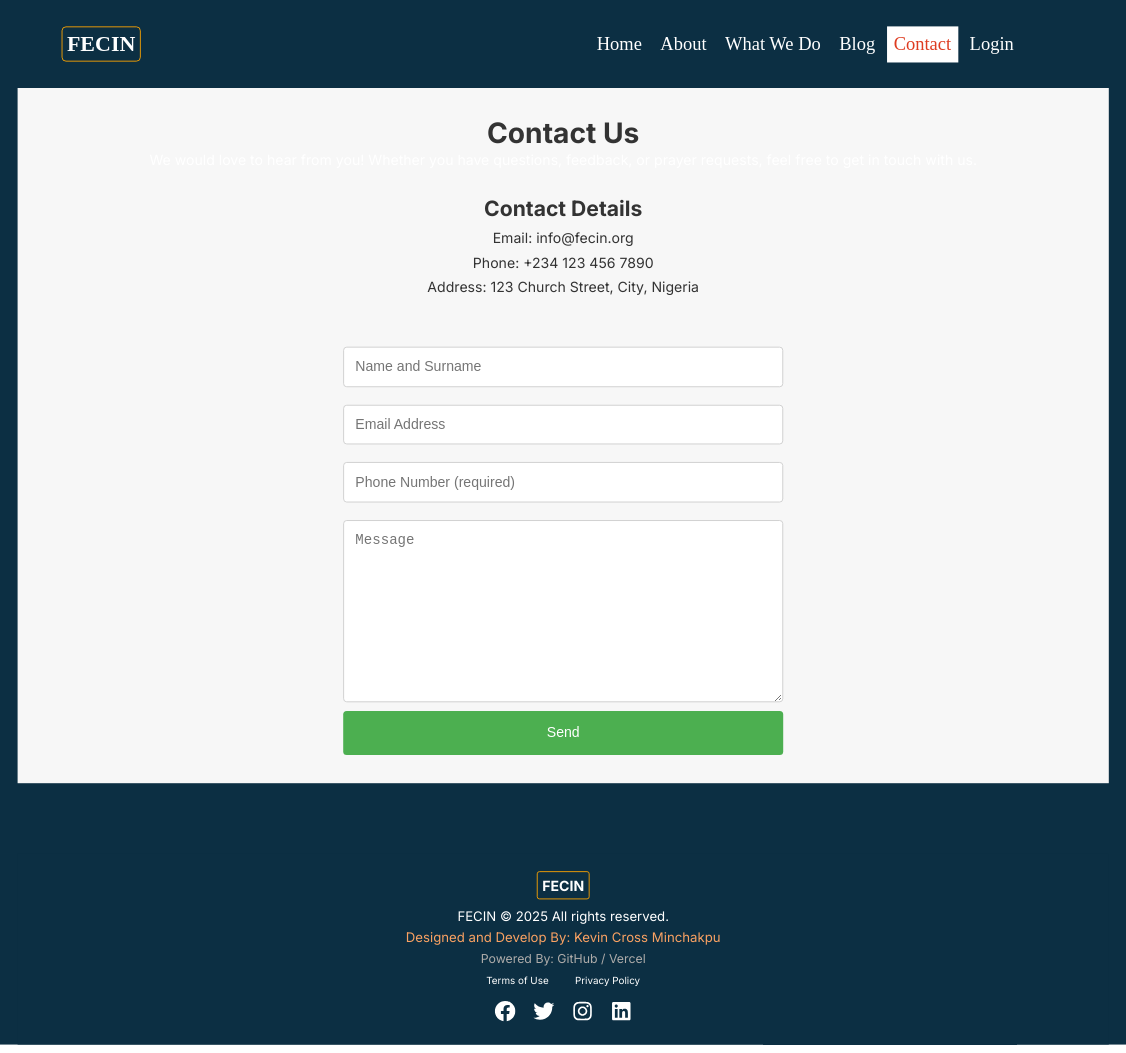
Repository: KCMinchakpu/fecin-projectgs497
Page: /contact
The author's editor kept a copy of each file at every save. The page is drawn from the files as they stood at one save, then again after the next save.
The browser window is 1280 px wide. The pictures show the whole page, at 88% of full size.
The page's requests for data from a server got no answer. The project was rebuilt for these pictures with package versions that can differ from the ones it lists, and the page was loaded fresh each time. The framework's server and built-in components were replaced by stand-ins that run in the browser. No one was signed in, and anything a server would have sent is missing. Also part of the build but not shown: next.config.mjs.

Above is the page before, as saved 2025-04-12 13:09:11.

### src/app/layout.js
"use client";

import { Inter } from "next/font/google";
import "./globals.css";
import Navbar from "@/components/navbar/Navbar";
import Footer from "@/components/footer/Footer";
import { SessionProvider } from "next-auth/react"; // Import SessionProvider

const inter = Inter({ subsets: ["latin"] });

export default function RootLayout({ children }) {
  return (
    <html lang="en">
      <body className={inter.className}>
        <SessionProvider>
          <div className="container">
            <Navbar />
            {children}
            <Footer />
          </div>
        </SessionProvider>
      </body>
    </html>
  );
}

### src/app/contact/page.jsx
"use client";

import React from 'react';
import Image from 'next/image';
import styles from './contact.module.css';

const ContactPage = () => {

  const a = Math.random();
  console.log(a);

  return (
    <div className={styles.container}>
      <h1 className={styles.heading}>Contact Us</h1>
      <p className={styles.description}>
        We would love to hear from you! Whether you have questions, feedback, or prayer requests, feel free to get in touch with us.
      </p>

      {/* Contact Details Section */}
      <div className={styles.contactDetails}>
        <h2>Contact Details</h2>
        <p>Email: <a href="mailto:info@fecin.org">info@fecin.org</a></p>
        <p>Phone: +234 123 456 7890</p>
        <p>Address: 123 Church Street, City, Nigeria</p>
      </div>

      {/* Contact Form Section */}
      <div className={styles.formContainer}>
        <form action="" className={styles.form}>
          <input type="text" placeholder="Name and Surname" className={styles.input} />
          <input type="email" placeholder="Email Address" className={styles.input} />
          <input type="text" placeholder="Phone Number (required)" className={styles.input} />
          <textarea
            name=""
            id=""
            cols="30"
            rows="10"
            placeholder="Message"
            className={styles.textarea}
          ></textarea>
          <button className={styles.button} onClick={() => console.log("clicked")}>Send</button>
        </form>
      </div>
    </div>
  );
};

export default ContactPage;

### src/app/globals.css
:root {
    --bg: #0c2f43;
    --text: white;
    --bgSoft: #091f2c;
    --textSoft: rgb(237, 232, 232);
    --btn: #de3c21;
    --bgWhite: white;
    --textGray: #444444;
}

/* Box sizing rules */
* {
    box-sizing: border-box;
    margin:0;
    padding: 0;
  }

/* Set core body defaults */
body {
    background-color: var(--bgWhite);
    color: var(--text);
  }

a {
    color: inherit;
    text-decoration: none;
}

.container {
  background-color: var(--bg);
  width: 100%; /* Default for small screens */
  margin: auto;
  padding-left: 20px;
  padding-right: 20px;
  min-height: 120vh;
  display: flex;
  flex-direction: column;
  justify-content: space-between;
}

.callnana {
    background-color: var(--bgWhite);
    color: var(--textGray);
    padding: 20px;
    border-radius: 8px;
    box-shadow: 0 4px 8px rgba(0, 0, 0, 0.1);
    margin-bottom: 20px;
    width: 400px;
    height: 200px;
    align-items: center;
    justify-items: center;
}

### src/components/navbar/Navbar.jsx
import React from 'react';
import Link from 'next/link';
import Links from "./links/Links";
import styles from "./navbar.module.css";

const Navbar = () => {
  return (
    <div className={styles.container}>
      <Link href="/" className={styles.logo}>FECIN</Link>
      <div>
        <Links />
      </div>
    </div>
  );
};

export default Navbar;

### src/components/footer/Footer.jsx
import React from 'react';
import styles from './footer.module.css';
import { FaFacebook, FaTwitter, FaInstagram, FaLinkedin } from 'react-icons/fa';

const Footer = () => {
  return (
    <div className={styles.container}>
      <div className={styles.logo}>
        {/* You can add a logo image here if needed */}
        <h2>FECIN</h2>
      </div>
      <div>
        <p className={styles.text}>FECIN © 2025 All rights reserved.</p>
        <p className={styles.author}>
          <a href="https://www.linkedin.com/in/kevin-cross-minchakpu-7897379a" target="_blank">Designed and Develop By: Kevin Cross Minchakpu</a>
          </p>
        <p className={styles.company}>
          <a href="https://octatesystems.github.io/OSNigeria/">Powered By: GitHub / Vercel</a>
          </p>
      </div>
      <div className={styles.links}>
        <a href="/terms" className={styles.link}>Terms of Use</a>
        <a href="/privacy" className={styles.link}>Privacy Policy</a>
      </div>
      <div className={styles.socialIcons}>
        <a href="https://facebook.com" target="_blank" rel="noopener noreferrer" className={styles.icon}>
          <FaFacebook />
        </a>
        <a href="https://twitter.com" target="_blank" rel="noopener noreferrer" className={styles.icon}>
          <FaTwitter />
        </a>
        <a href="https://instagram.com" target="_blank" rel="noopener noreferrer" className={styles.icon}>
          <FaInstagram />
        </a>
        <a href="https://linkedin.com" target="_blank" rel="noopener noreferrer" className={styles.icon}>
          <FaLinkedin />
        </a>
      </div>
    </div>
  );
};

export default Footer;

### src/app/contact/contact.module.css
/* contact.module.css */

.container {
  padding: 2rem;
  margin: 0 auto;
  background-color: #f7f7f7;
   width: 100%;
   margin-bottom: 80px;
}

.heading {
  font-size: 2rem;
  text-align: center;
  color: #333;
}

.description {
  text-align: center;
  margin-bottom: 2rem;
}

.contactDetails {
  margin-bottom: 3rem;
  color: #333;
  align-items: center;  /* Center the content horizontally */
  justify-content: center;  /* Center the content vertically */
  text-align: center;
}

.contactDetails h2 {
  font-size: 1.5rem;
}

.contactDetails p {
  font-size: 1rem;
  margin: 0.5rem 0;
}

.formContainer {
  display: flex;
  justify-content: center;
}

.form {
  width: 100%;
  max-width: 500px;
  display: flex;
  flex-direction: column;
}

.input, .textarea {
  margin: 10px 0;
  padding: 0.8rem;
  font-size: 1rem;
  border: 1px solid #ccc;
  border-radius: 4px;
}

.textarea {
  resize: vertical;
}

.button {
  background-color: #4CAF50;
  color: white;
  padding: 1rem;
  font-size: 1rem;
  border: none;
  border-radius: 4px;
  cursor: pointer;
  transition: background-color 0.3s;
}

.button:hover {
  background-color: #45a049;
}

### src/components/navbar/links/Links.jsx
"use client";

import React, { useState } from "react";
import { useSession } from "next-auth/react";
import Image from 'next/image';
import NavLink from "../navLink/NavLink";
import styles from "./links.module.css";

const links = [
  { title: "Home", path: "/" },
  { title: "About", path: "/about" },
  { title: "What We Do", path: "/whatwedo" },
  { title: "Blog", path: "/blog" },
  { title: "Contact", path: "/contact" },
];

const Links = () => {
  const [open, setOpen] = useState(false);
  const { data: session, status } = useSession();

  const isAdmin = session?.user?.role === "admin";

  return (
    <div className={styles.container}>
      <div className={styles.links}>
        {links.map((link) => (
          <NavLink item={link} key={link.title} />
        ))}

        {!session && status !== "loading" && (
          <NavLink item={{ title: "Login", path: "/login" }} />
        )}

        {session && isAdmin && (
          <NavLink item={{ title: "Admin", path: "/admin" }} />
        )}

        {session && (
          <form method="post" action="/api/auth/signout">
            <button className={styles.logout}>Logout</button>
          </form>
        )}
      </div>

      <Image
        className={styles.menuButton}
        src="/menu.png"
        alt="Hamburger menu"
        width={30}
        height={30}
        onClick={() => setOpen((prev) => !prev)}
      />

      {open && (
        <div className={styles.mobileLinks}>
          {links.map((link) => (
            <NavLink item={link} key={link.title} />
          ))}
        </div>
      )}
    </div>
  );
};

export default Links;

### src/components/navbar/navbar.module.css
.container {
    height: 100px;
    display: flex;
    align-items: center;
    justify-content: space-between;
}

.logo {
    font-size: 25px;
    font-weight: bold;
    font-family: "Play", serif;
    font-weight: 700;
    font-style: normal;
    border: 1.5px solid orange;
    padding: 5px;
    border-radius: 5px;
    margin-left: 50px;
}

### src/components/footer/footer.module.css
/* Footer Container */
.container {
    background-color: var(--bg);
    color: white;
    display: flex;
    flex-direction: column;
    align-items: center;
    justify-content: space-between;
    padding: 20px;
    text-align: center;
  }

  .logo h2 {
    font-size: 1rem;
    margin-bottom: 10px;
    border: 1px solid orange;
    padding: 5px;
    border-radius: 3px;
  }

  .text {
    margin-bottom: 5px;
    font-size: 15px;

  }
  .author {
    margin-bottom: 5px;
    font-size: 15px;
    color: rgb(250, 162, 99);
  }

  .company {
    margin-bottom: 5px;
    font-size: 14px;
    color: rgb(174, 172, 170);
  }

  .author:hover {
    text-decoration: underline;
  }

  .company:hover {
    text-decoration: underline;
  }

  .links {
    margin-bottom: 15px;
  }

  .link {
    color: white;
    margin: 0 15px;
    text-decoration: none;
    font-size: 0.7rem;
  }

  .link:hover {
    text-decoration: underline;
  }

  .socialIcons {
    display: flex;
    justify-content: center;
    gap: 20px;
  }

  .icon {
    font-size: 1.5rem;
    color: white;
    transition: color 0.3s ease;
  }

  .icon:hover {
    color: #0070f3;
  }


  @media (min-width: 768px) {
    .container {
      flex-direction: column;
      align-items: center;
      justify-content: space-around;
    }
  }

### src/components/navbar/navLink/navLink.jsx
"use client";

import React from "react";
import Link from "next/link";
import { usePathname } from "next/navigation";
import styles from "./navLink.module.css";

const NavLink = ({ item }) => {
  const pathName = usePathname();
  return (
    <Link
      href={item.path}
      className={`${styles.container} ${
        pathName === item.path ? styles.active : ""
      }`}
    >
      {item.title}
    </Link>
  );
};

export default NavLink;

### src/components/navbar/links/links.module.css
.links {
    display: flex;
    align-items: center;
    gap: 5px;
    font-family: "Play", serif;
    font-style: normal;
    margin-right: 100px;
    font-size: 21px;
}

.logout {
    padding: 5px;
    cursor: pointer;
    font-weight: bold;
    font-size: 15px;
}

.menuButton,
.mobileLinks {
   display: none;
  }

  @media (max-width: 480px){
    .links {
        display: none;
    }

    .menuButton {
        display: block;
        cursor: pointer;
      }

    .mobileLinks {
        position: absolute;
        top: 100px;
        right: 0;
        width: 50%;
        height: calc(100vh-100px);
        /*background-color: var(--bg);*/
       background-color: brown;
        display: flex;
        flex-direction: column;
        align-items: center;
        justify-content: center;
        gap: 10px;
      }
  }

### src/components/navbar/navLink/navLink.module.css
.container {
    padding: 8px;
    text-align: center;


}

.active {
    background-color: var(--text);
    color: var(--btn);
}

After the next save:
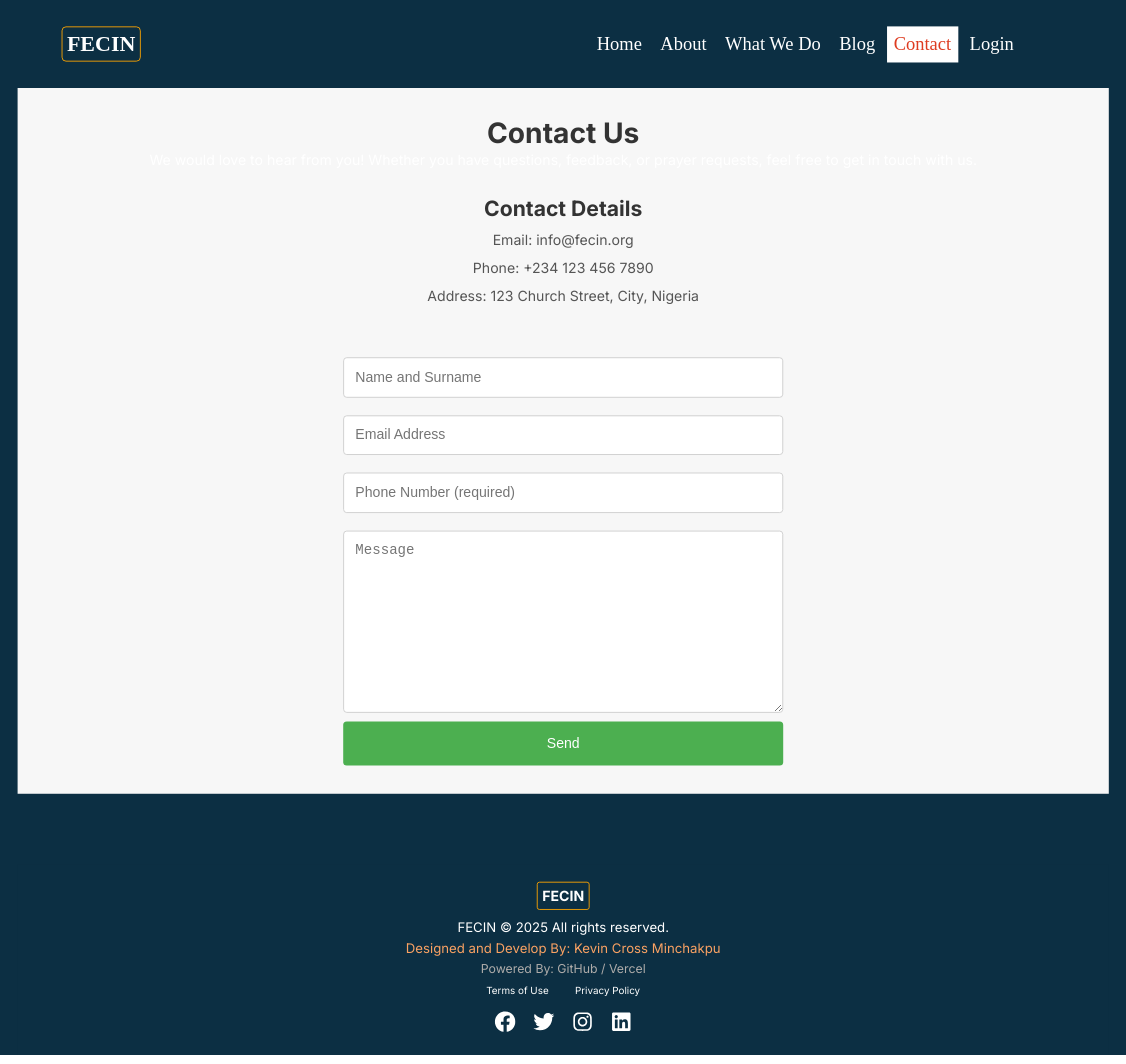
Saved 25 s later.
--- a/src/app/contact/contact.module.css
+++ b/src/app/contact/contact.module.css
@@ -34,6 +34,8 @@
 .contactDetails p {
   font-size: 1rem;
   margin: 0.5rem 0;
+  line-height: 1.5;
+  color: #555;
 }
 
 .formContainer {

After the save that followed:
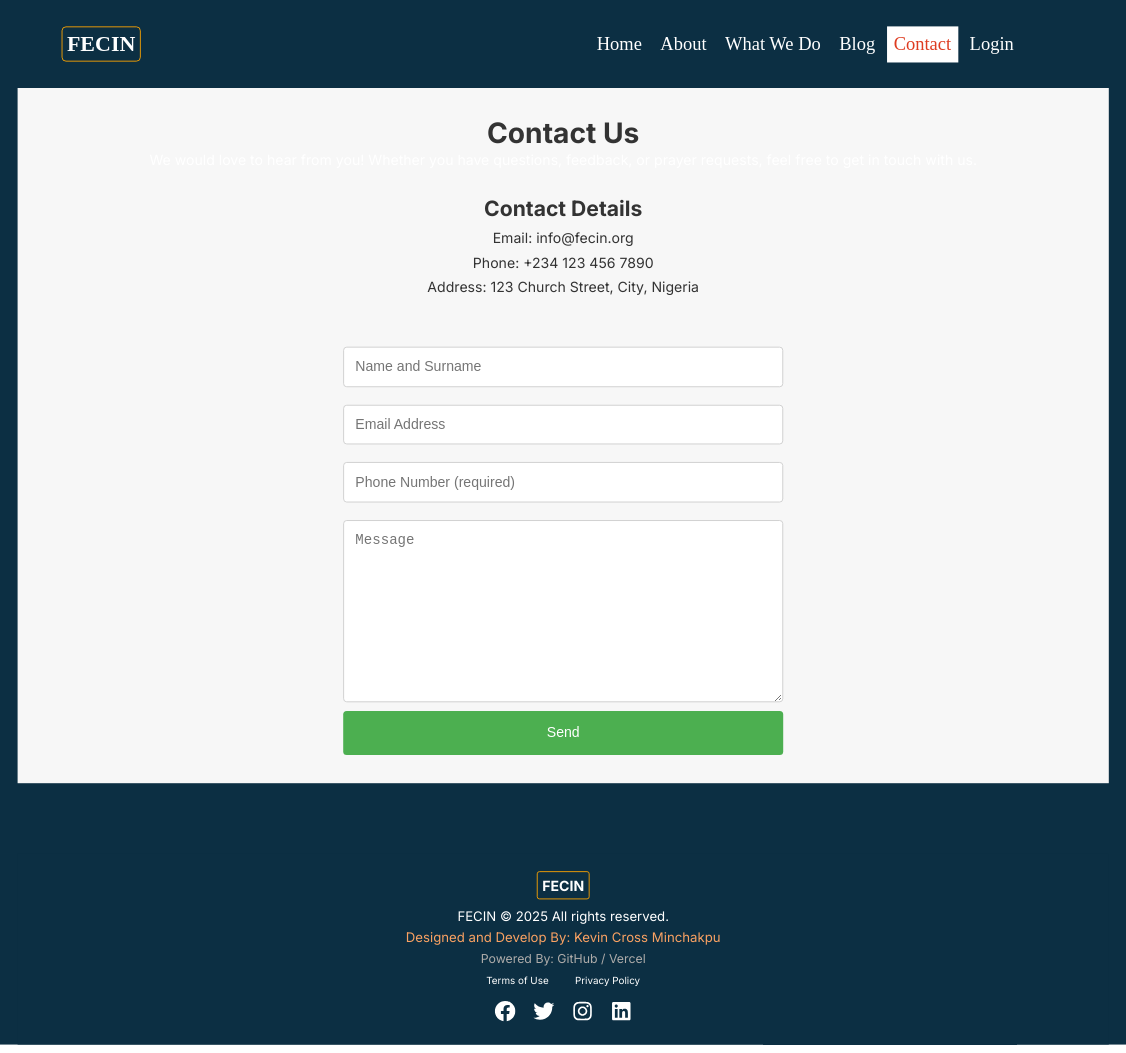
Saved 26 s later.
--- a/src/app/contact/contact.module.css
+++ b/src/app/contact/contact.module.css
@@ -34,8 +34,7 @@
 .contactDetails p {
   font-size: 1rem;
   margin: 0.5rem 0;
-  line-height: 1.5;
-  color: #555;
+
 }
 
 .formContainer {
